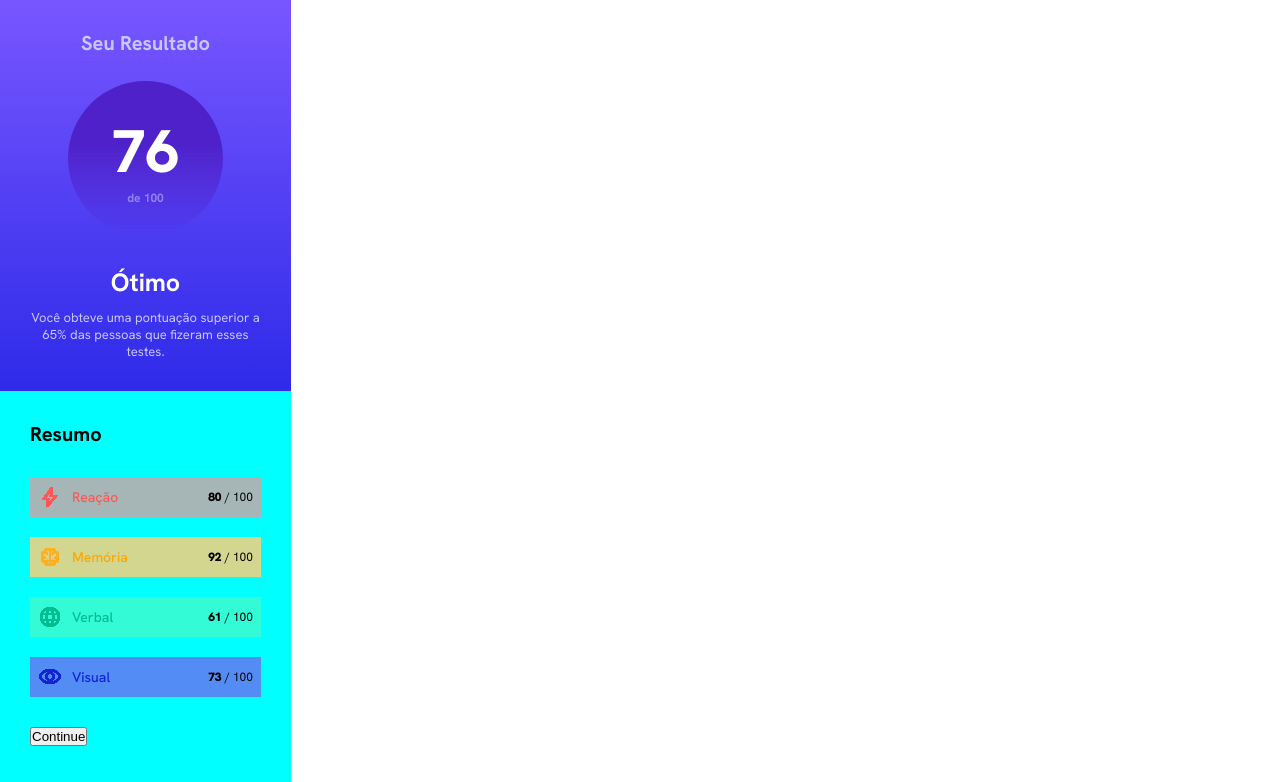
Repository: caique2512/resumo-de-resultados
Page: index.html
The author's editor kept a copy of each file at every save. The page is drawn from the files as they stood at one save, then again after the next save.
The browser window is 1280 px wide. The pictures show the whole page.

Above is the page before, as saved 2026-03-13 17:25:18.

After the next save:
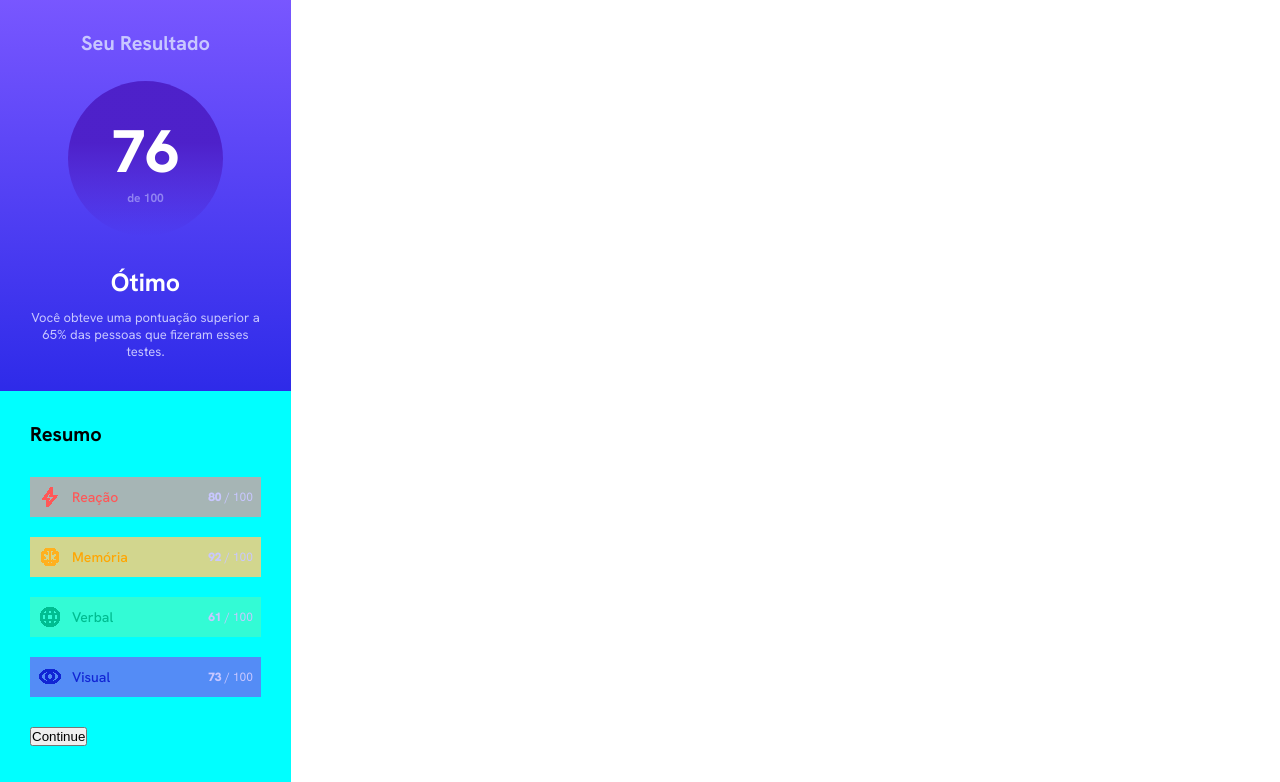
Saved 19 s later.
--- a/src/css/estilos.css
+++ b/src/css/estilos.css
@@ -167,7 +167,7 @@
 .resultado .classes p {
     font-size: 1.2rem;
     font-family: "Hanken Grotesk";
-    color: ;
+    color: hsl(241, 100%, 89%);
 }
 
 .resultado .classes p strong {
